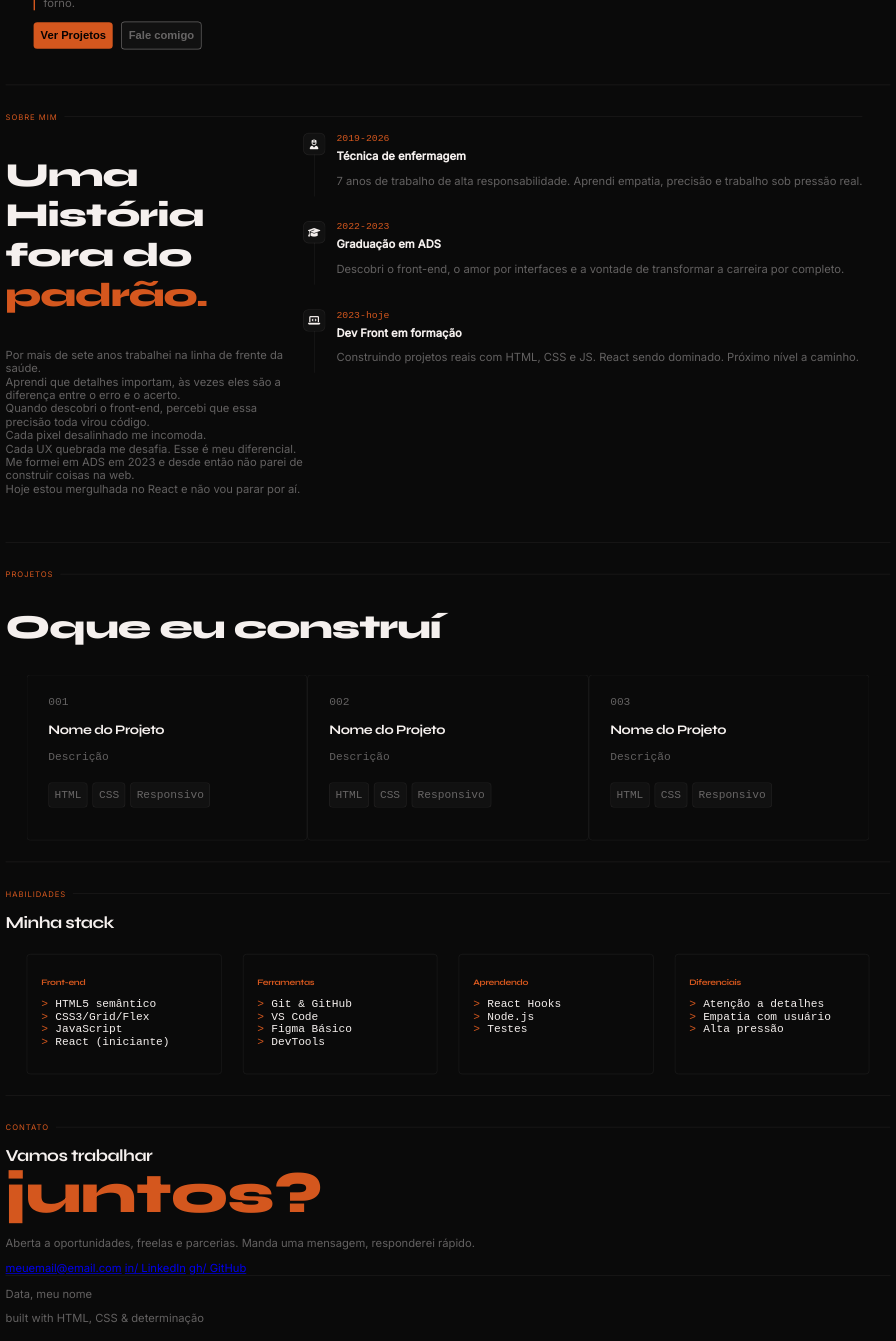
Repository: Bitroia/Portifolio
Page: index.html
The author's editor kept a copy of each file at every save. The page is drawn from the files as they stood at one save, then again after the next save.
The browser window is 1280 px wide. The pictures show the part of the page from y = 694 to 2614 px (the page is 2609 px tall before and 2614 px after), at 70% of full size.
Some web fonts or font styles are not loaded; a fallback is used.

Above is the page before, as saved 2026-04-30 19:22:37.

### index.html
<!doctype html>
<html lang="pt-br">
  <head>
    <meta charset="UTF-8" />
    <meta name="viewport" content="width=device-width, initial-scale=1.0" />
    <link rel="stylesheet" href="styles/style.css" />
    <script src="scripts/script.js" defer></script>
    <link
      href="https://fonts.googleapis.com/css2?family=Syne:wght@400;700;800&family=Inter:wght@300;400;500&display=swap"
      rel="stylesheet"
    />
    <link
      href="https://fonts.googleapis.com/css2?family=Syne:wght@400;700;800&family=Syne+Mono&family=Inter:wght@300;400;500&display=swap"
      rel="stylesheet"
    />
    <link
      rel="stylesheet"
      href="https://cdnjs.cloudflare.com/ajax/libs/font-awesome/6.5.0/css/all.min.css"
    />
    <title>Meu portifólio</title>
  </head>
  <body>
    <header>
      <nav id="nav-container">
        <h2>vitoria.cardozo</h2>
        <ul id="ul-container">
          <li><a href="#">SOBRE</a></li>
          <li><a href="#">PROJETOS</a></li>
          <li><a href="#">SKILLS</a></li>
          <li><a href="#">CONTATO</a></li>
        </ul>
      </nav>
    </header>
    <main>
      <section id="hero-section">
        <section id="sections-container">
          <section id="introduction-section">
            <div id="available-container">
              <span class="dot-2"></span>
              <p class="available-p">Disponível para oportunidades</p>
            </div>
            <span class="line-1">Front-end</span>
            <span class="line-2">que veio da</span>
            <span class="accent">linha de frente</span>
            <p class="p-introduction">
              Da enfermagem para o código. Construo interfaces <br />
              com a mesma precisão que aprendi cuidando de <br />
              pessoas. ADS 2023. HTML, CSS, JS. React no forno.
            </p>
            <button id="projects-btn">Ver Projetos</button>
            <button id="talk-to-me-btn">Fale comigo</button>
          </section>
          <section id="secondary-section">
            <div id="info-container">
              <div class="terminal-bar">
                <span class="dot red"></span>
                <span class="dot yellow"></span>
                <span class="dot green"></span>
                <span class="terminal-title">perfil.json</span>
              </div>
              <div id="code-info-container">
                <pre><code><span class="t-comment">// desenvolvendo front-end</span>
          {
        <span class="t-key">"nome"</span>: <span class="t-str">"Vitoria Cardozo"</span>,
        <span class="t-key">"stack"</span>: [<span class="t-str">"HTML"</span>, <span class="t-str">"CSS"</span>, <span class="t-str">"JS"</span>, <span class="t-str">"React"</span>],
        <span class="t-key">"formação"</span>: <span class="t-str">"ADS 2023"</span>,
        <span class="t-key">"background"</span>: <span class="t-str">"Enfermagem"</span>,
        <span class="t-key">"status"</span>: <span class="t-const">open_to_work</span>
         }
                </code></pre>
              </div>
            </div>
            <ul class="mini-cards-container">
              <li class="mini-card">
                <span class="num">5+</span>
                <span class="label">Anos desenvolvendo atenção a detalhes</span>
              </li>
              <li class="mini-card">
                <span class="num">ADS</span>
                <span class="label"
                  >Graduação em Análise e desenvolvimento de Sistemas</span
                >
              </li>
              <li class="mini-card">
                <span class="num">3+</span>
                <span class="label">Projetos front-end no portfólio</span>
              </li>
              <li class="mini-card">
                <span class="num">&#8734;</span>
                <span class="label">Vontade de aprender e crescer</span>
              </li>
            </ul>
          </section>
        </section>
      </section>
      <section id="about-me-section">
        <span class="title">Sobre mim</span>
        <section id="history-section">
          <h1 class="font-history">
            <span class="font-history-1">Uma História</span><br />fora do
            <span class="font-history-2">padrão.</span>
          </h1>
          <p>
            Por mais de sete anos trabalhei na linha de frente da saúde. <br />
            Aprendi que detalhes importam, às vezes eles são a diferença entre o
            erro e o acerto. <br />
            Quando descobri o front-end, percebi que essa precisão toda virou
            código. <br />
            Cada pixel desalinhado me incomoda. <br />
            Cada UX quebrada me desafia. Esse é meu diferencial. <br />
            Me formei em ADS em 2023 e desde então não parei de construir coisas
            na web. <br />
            Hoje estou mergulhada no React e não vou parar por aí.
          </p>
        </section>
        <section id="experiences-section">
          <dl class="experiences-list">
            <div class="exp-row">
              <div class="exp-item">
                <div class="box-icon">
                  <i class="fa-solid fa-user-nurse icon"></i>
                </div>
              </div>
              <div class="exp-content">
                <dt class="date-exp">2019-2026</dt>
                <dd class="desc-exp">
                  <strong>Técnica de enfermagem</strong>
                  <p>
                    7 anos de trabalho de alta responsabilidade. Aprendi
                    empatia, precisão e trabalho sob pressão real.
                  </p>
                </dd>
              </div>
            </div>
            <div class="exp-row">
              <div class="exp-item">
                <div class="box-icon">
                  <i class="fa-solid fa-graduation-cap icon"></i>
                </div>
              </div>
              <div class="exp-content">
                <dt class="date-exp">2022-2023</dt>
                <dd class="desc-exp">
                  <strong>Graduação em ADS</strong>
                  <p>
                    Descobri o front-end, o amor por interfaces e a vontade de
                    transformar a carreira por completo.
                  </p>
                </dd>
              </div>
            </div>
            <div class="exp-row">
              <div class="exp-item">
                <div class="box-icon">
                  <i class="fa-solid fa-laptop-code icon"></i>
                </div>
              </div>
              <div class="exp-content">
                <dt class="date-exp">2023-hoje</dt>
                <dd class="desc-exp">
                  <strong>Dev Front em formação</strong>
                  <p>
                    Construindo projetos reais com HTML, CSS e JS. React sendo
                    dominado. Próximo nível a caminho.
                  </p>
                </dd>
              </div>
            </div>
          </dl>
        </section>
      </section>
      <section id="projects-section">
        <span class="title">Projetos</span>
        <h2 class="font-build">Oque eu construí</h2>
        <div id="article-container">
          <article class="project-card">
            <a href="#" class="link-overlay" target="_blank"></a>
            <span class="num-article">001</span>
            <h3>Nome do Projeto</h3>
            <p>Descrição</p>
            <ul class="tech-tags">
              <li>HTML</li>
              <li>CSS</li>
              <li>Responsivo</li>
            </ul>
          </article>
          <article class="project-card">
            <a href="#" class="link-overlay" target="_blank"></a>
            <span class="num-article">002</span>
            <h3>Nome do Projeto</h3>
            <p>Descrição</p>
            <ul class="tech-tags">
              <li>HTML</li>
              <li>CSS</li>
              <li>Responsivo</li>
            </ul>
          </article>
          <article class="project-card">
            <a href="#" class="link-overlay" target="_blank"></a>
            <span class="num-article">003</span>
            <h3>Nome do Projeto</h3>
            <p>Descrição</p>

            <ul class="tech-tags">
              <li>HTML</li>
              <li>CSS</li>
              <li>Responsivo</li>
            </ul>
          </article>
        </div>
      </section>
      <section id="skills-section">
        <span class="title">Habilidades</span>
        <h1>Minha stack</h1>
        <div id="stacks-container">
          <article class="stack-card">
            <h3>Front-end</h3>
            <ul class="stack-ul">
              <li>HTML5 semântico</li>
              <li>CSS3/Grid/Flex</li>
              <li>JavaScript</li>
              <li>React (iniciante)</li>
            </ul>
          </article>
          <article class="stack-card">
            <h3>Ferramentas</h3>
            <ul class="stack-ul">
              <li>Git & GitHub</li>
              <li>VS Code</li>
              <li>Figma Básico</li>
              <li>DevTools</li>
            </ul>
          </article>
          <article class="stack-card">
            <h3>Aprendendo</h3>
            <ul class="stack-ul">
              <li>React Hooks</li>
              <li>Node.js</li>
              <li>Testes</li>
            </ul>
          </article>
          <article class="stack-card">
            <h3>Diferenciais</h3>
            <ul class="stack-ul">
              <li>Atenção a detalhes</li>
              <li>Empatia com usuário</li>
              <li>Alta pressão</li>
            </ul>
          </article>
        </div>
      </section>
      <section id="go-to-work-section">
        <span class="title">Contato</span>
        <h1>
          Vamos trabalhar
          <span class="accent">juntos?</span>
        </h1>
        <p>
          Aberta a oportunidades, freelas e parcerias. Manda uma mensagem,
          responderei rápido.
        </p>
        <a href="#" class="contact-link">meuemail@email.com</a>
        <a href="#" class="contact-link">in/ LinkedIn</a>
        <a href="#" class="contact-link">gh/ GitHub</a>
      </section>
    </main>
    <footer>
      <p>Data, meu nome</p>
      <p>built with HTML, CSS & determinação</p>
    </footer>
  </body>
</html>

### styles/style.css
:root {
  --fundo-geral: #0A0A0A;
  --fundo-cards: #111111;
  --hovers: #d8b5b5;
  --text: #f5f0ee;
  --second-text: #f5f0ee61;
  --dark-text: #050202;
  --accent: #d4571e;
  --accent-hover: #ff6a2a;
  --border: #f5f0ee12;
  --t-str: #7dd3fc;
  --t-comment: #5a6a1f;
  --font-title: "Syne", sans-serif;
  --font-body: "Inter", sans-serif;
  --font-mono: 'Syne Mono', monospace;
}
@keyframes pulse {
  0%,
  100% {
    opacity: 1;
    transform: scale(1);
  }
  50% {
    opacity: 0.4;
    transform: scale(1.5);
  }
}
* {
  padding: 0;
}

h1,
h2,
h3 {
  font-weight: 600;
  letter-spacing: -0.03em;
  color: var(--text);
  font-family: var(--font-title);
}

.line-1,
.accent {
  font-family: var(--font-title);
  font-weight: 800;
}

.font-history {
  font-size: 3rem;
  font-weight: 800;
}

.font-history-2 {
  color: var(--accent);
}

p {
  color: var(--second-text);
  line-height: 1.2;
}

.title {
  display: flex;
  align-items: center;
  gap: 10px;
  width: 100%;
}
.title::after {
  content: "";
  flex: 1;
  height: 1px;
  background-color: var(--border);
}

body {
  background-color: var(--fundo-geral);
  color: var(--text);
  font-family: var(--font-body);
  font-weight: 400;
}

/* Header */

header {
  border-bottom: 1px solid var(--border);
}

#nav-container {
  display: flex;
  justify-content: space-between;
  padding: 0.5px;
}

#ul-container {
  display: flex;
  list-style: none;
  gap: 1rem;
}

#ul-container a {
  text-decoration: none;
  color: var(--second-text);
  font-size: 13px;
  transition: 0.5s;
}

#ul-container a:hover {
  color: var(--hovers);
}

/* Apresentação */

#available-container {
  display: flex;
  flex-direction: row;
  align-items: center;
  gap: 8px;
}

.line-1 {
  color: var(--text);
  display: block;
  font-size: 5rem;
  width: 100%;
  line-height: 1;
}

.line-2 {
  color: var(--second-text);
  display: block;
  font-size: 4rem;
  width: 100%;
  display: inline-block;
  line-height: 1;
}

.accent {
  color: var(--accent);
  font-size: 5rem;
  display: block;
  line-height: 1;
}

.available-p {
  color: var(--accent);
}

/* Cards */

#info-container {
  display: flex;
  flex-direction: column;
  width: 700px;
  border-radius: 5px;
}

.terminal-bar {
  display: flex;
  gap: 8px;
  align-items: center;
  padding: 10px 14px;
  background-color: #181818;
  border-bottom: 2px solid var(--fundo-cards);
  border-radius: 5px;
  margin-bottom: 0;
}
.dot-2 {
  background-color: #ccff00;
  animation: pulse 2s ease-in-out infinite;
  width: 5px;
  height: 5px;
  border-radius: 50%;
  display: inline-block;
}

.dot {
  width: 8px;
  height: 8px;
  border-radius: 50%;
  display: inline-block;
}

.dot.red {
  background-color: #ff5f57;
}
.dot.yellow {
  background: #ffbd2e;
}
.dot.green {
  background: #28c840;
}

.terminal-title {
  font-family: var(--font-mono);
  font-size: 11px;
  color: var(--second-text);
  margin: 0 auto;
}

#code-info-container {
  color: var(--second-text);
  background-color: var(--fundo-cards);
  border-radius: 3px;
  font-size: 12px;
  line-height: 2;
  height: 210px;
}

#code-info-container pre {
  margin: 0;
  padding: 1rem;
  white-space: pre; /* mantém a formatação do código */
  max-width: 100%; /* não vaza do pai */
}

.t-comment {
  color: var(--t-comment);
}

.t-key {
  color: var(--accent);
}

.t-str {
  color: var(--t-str);
}
/* Sessões */

#hero-section {
  padding: 0 40px 50px 0;
  margin-top: 3%;
  border-bottom: 1px solid var(--border);
}

#introduction-section {
  flex: 1;
}

#introduction-section .p-introduction {
  border-left: var(--accent) 2px solid;
  padding-left: 12px;
}

#secondary-section {
  width: 700px;
  height: 550px;
}

.mini-cards-container {
  display: grid;
  grid-template-columns: repeat(2, 1fr);
  gap: 16px;
  width: 700px;
}

.mini-card {
  display: flex;
  border: 1px solid var(--border);
  padding: 30px;
  list-style: none;
  text-align: center;
  flex-direction: column;
  border-radius: 5px;
  flex: 0 0 calc(50% - 8px);
  background-color: var(--fundo-cards);
}

.num {
  color: var(--accent);
  font-family: var(--font-title);
  font-size: 23px;
  font-weight: 800;
  letter-spacing: -0.03em;
  margin-bottom: 6px;
  text-align: left;
}

.mini-card .label {
  color: var(--second-text);
  text-align: left;
  margin-top: 5px;
  font-size: 16px;
  font-family: var(--font-mono);
}

#sections-container {
  display: flex;
  gap: 40px;
  margin-top: 3%;
  padding: 0 40px;
}

#introduction-section p {
  justify-self: left;
  display: block;
}

#about-me-section {
  padding: 0 40px 50px 0;
  margin-top: 3%;
  border-bottom: 1px solid var(--border);
  display: flex;
  flex-wrap: wrap;

}

.title,
.available-p {
  font-family: var(--mono);
  font-size: 11px;
  letter-spacing: 0.12em;
  text-transform: uppercase;
  color: var(--accent);
  display: flex;
  align-items: center;
  gap: 10px;
}

#history-section {
  flex: 1;
}

.date-exp {
  color: var(--accent);
  font-family: var(--font-mono);
  font-size: 14px;
  margin-bottom: 3px;
}

.experiences-list {
  display: flex;
  flex-direction: column;
  gap: 32px;
}

.exp-item {
  position: relative;
}

.exp-content {
  display: flex;
  flex-direction: column;
}

.desc-exp {
  margin: 4px 0 0 0;
}

.box-icon {
  position: relative;
  flex-shrink: 0; /* impede o ícone de encolher */
  display: flex;
  align-items: center;
  border: 1px solid var(--border);
  justify-content: center;
  width: 30px;
  height: 30px;
  border-radius: 8px;
  background-color: var(--fundo-cards);
}

.icon {
  font-size: 14px;
}

.exp-item:not(:last-child) .box-icon::after {
  content: "";
  position: absolute;
  top: 100%;
  left: 50%;
  transform: translateX(-50%);
  width: 1px;
  height: 60px;
  background-color: var(--border);
}

/* Linha do tempo */

.exp-row {
  display: flex;
  gap: 16px;
  align-items: flex-start;
}

#projects-section {
  margin-top: 3%;
  border-bottom: 1px solid var(--border);
}

.font-build{
  font-size: 3rem;
  font-weight: 800;
}

#article-container{
  display: flex;
  margin: 30px;
  font-family: var(--font-mono);
}

.project-card{
  border: 1px solid var(--border);
  padding: 30px;
  width: 90%;
  text-align: left;
  border-radius: 5px;
  cursor: pointer;
  position: relative;
  overflow: hidden;
}

.project-card::before{
  content: '';
  position: absolute;
  top: 0;
  left: 0;
  right: 0;
  height: 2px;
  background: var(--accent);
  transform: scaleX(0);
  transform-origin: left;
  transition: transform 0.3s ease;
}

.project-card:hover{

background-color: var(--border);
}

.project-card:hover::before {
  transform: scaleX(1);
}

.link-overlay{
  position: absolute;
  inset: 0;
}

.num-article{
  color: var(--second-text);
  font-family: var(--font-mono);
}

.tech-tags{
  list-style: none;
  display: flex;
  gap: 7px;
}

.tech-tags li{
  border: 1px solid var(--border);
  text-align: center;
  background-color: var(--fundo-cards);
  border-radius: 5px;
  padding: 8px;
  color: var(--second-text);
  margin-top: 10px;
}

#skills-section {
  margin-top: 3%;
  border-bottom: 1px solid var(--border);
}

#stacks-container{
  display: flex;
  margin: 30px;
  gap: 30px;
}

.stack-card{
  border: 1px solid var(--border);
  padding: 20px;
  width: 50%;
  border-radius: 5px;
  font-family: var(--font-mono);
}

.stack-card h3{
  color: var(--accent);
  font-size: 12px;
}

.stack-ul li{
  list-style: none;
  position: relative;
  padding-left: 20px;
}

.stack-ul li::before{
  content: ">";
  position: absolute;
  left: 0;
  color: var(--accent);
}

#go-to-work-section {
  margin-top: 3%;
  border-bottom: 1px solid var(--border);
}
/* Botões */

#projects-btn {
  background-color: var(--accent);
  padding: 10px;
  border-radius: 5px;
  border: none;
  color: var(--dark-text);
  font-size: 1rem;
  font-weight: 600;
  text-align: center;
  transition: transform 0.2s ease;
}

#talk-to-me-btn {
  background-color: var(--fundo-cards);
  padding: 10px;
  border-radius: 5px;
  border: 1px solid var(--second-text);
  color: var(--second-text);
  margin-left: 7px;
  font-weight: 600;
  text-align: center;
  font-size: 1rem;
  transition: transform 0.2s ease;
}

#projects-btn:hover {
  background-color: var(--accent-hover);
  box-shadow:
    0 0 10px rgba(212, 87, 30, 0.6),
    0 0 20px rgba(212, 87, 30, 0.4);
  transform: translateY(-2px);
}

#talk-to-me-btn:hover {
  background-color: var(--fundo-geral);
  color: var(--accent);
  border: 1px solid var(--accent);
  transform: translateY(-3px);
}

Loaded but not shown: scripts/script.js (no stored copy; drawn as an empty file)

After the next save:
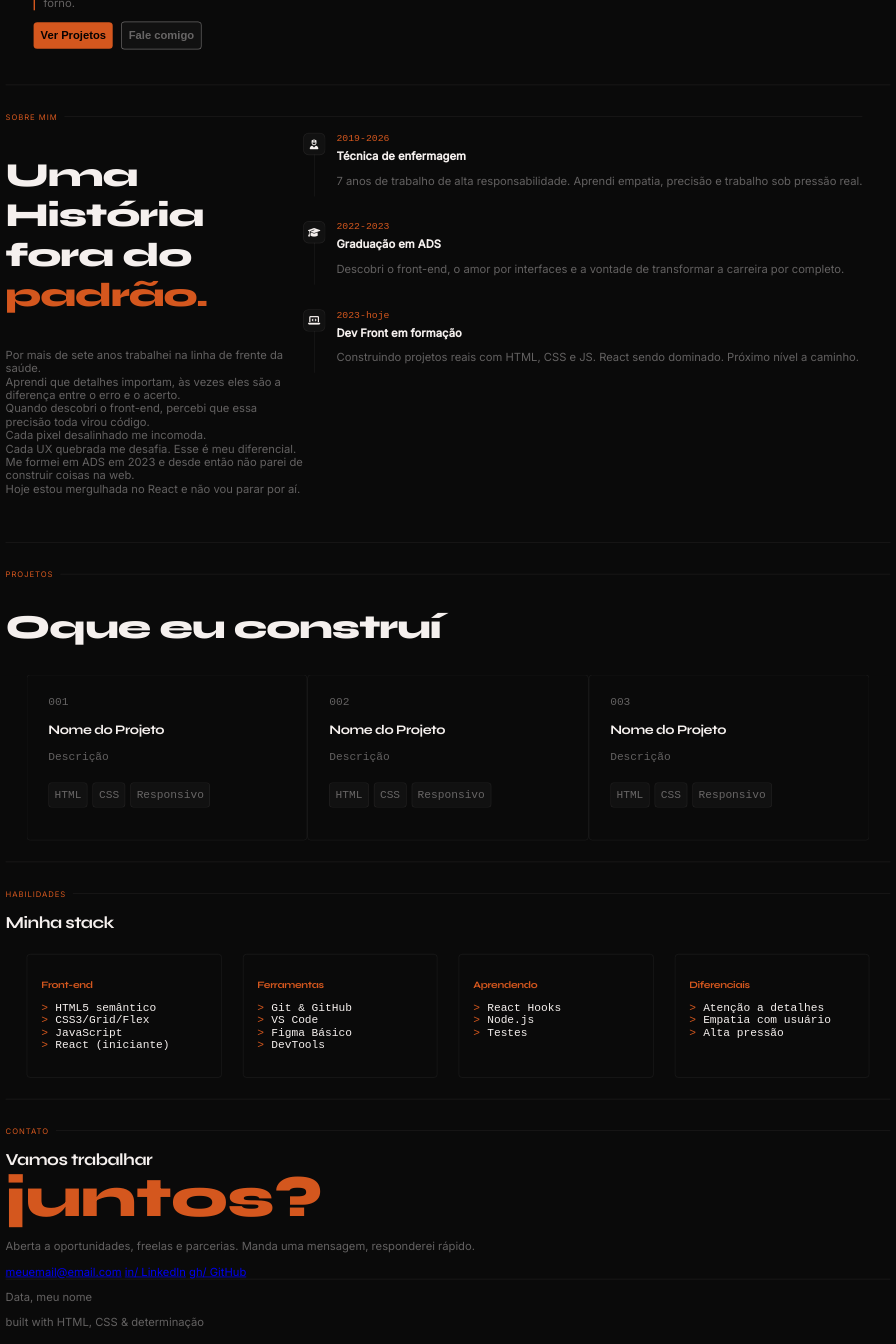
Saved 6 s later.
--- a/styles/style.css
+++ b/styles/style.css
@@ -477,7 +477,7 @@ background-color: var(--border);
 
 .stack-card h3{
   color: var(--accent);
-  font-size: 12px;
+  font-size: 14px;
 }
 
 .stack-ul li{
